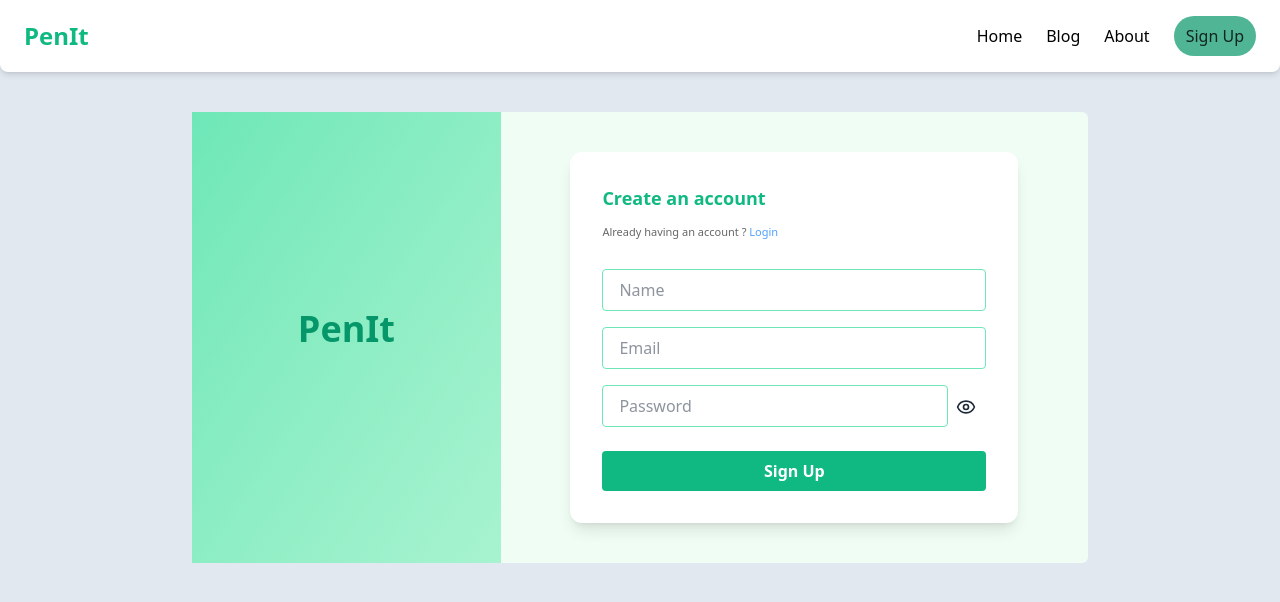
Repository: Mounika-chukkala/PenIt
Page: /signup (app in frontend/)
These files come from the project's save history. The page is drawn as it stood at one moment and after the next save; the edit follows.
The browser window is 1280 px wide. The pictures show the whole page.
The project was rebuilt for these pictures with package versions that can differ from the ones it lists, and the page was loaded fresh each time. Also part of the build but not shown: frontend/vite.config.js, frontend/src/Pages/Signin.jsx, frontend/src/components/CreateBlog.jsx, frontend/src/Pages/AddBlog.jsx.

Above is the page before, as saved 2025-05-23 14:13:58.

After the next save:
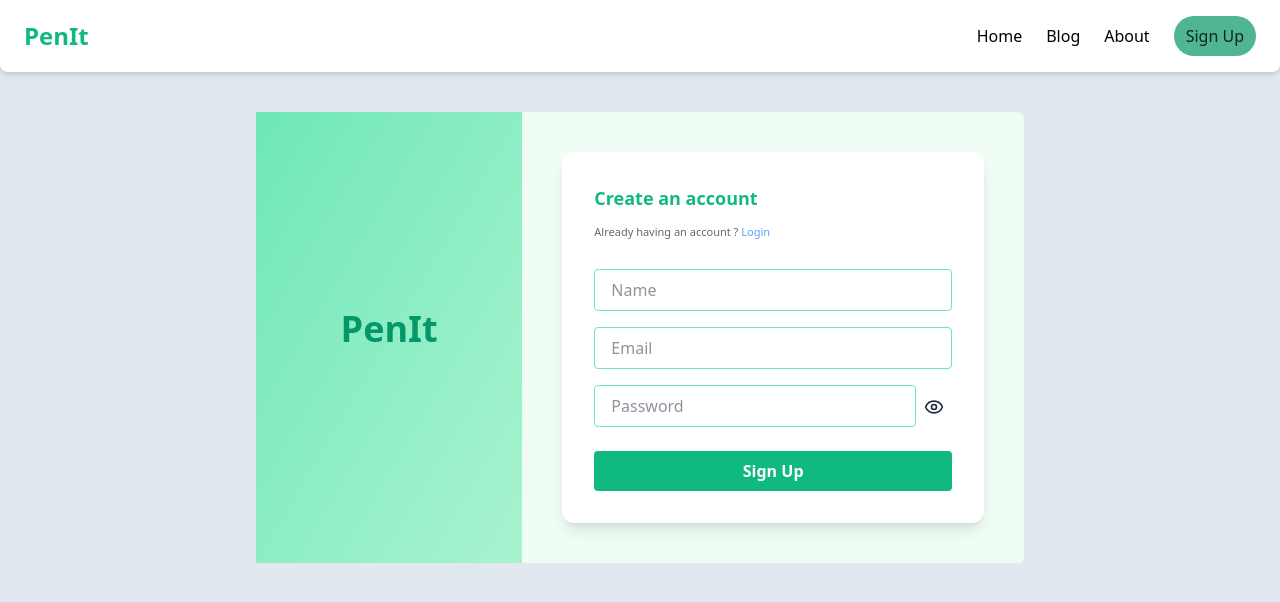
Saved 9 s later.
--- a/frontend/src/Pages/Signup.jsx
+++ b/frontend/src/Pages/Signup.jsx
@@ -33,7 +33,7 @@ alert(res.message)
   }
 
   return (
-        <div className="max-h-screen max-w-[90%] sm:max-w-[70%] rounded-md m-auto mt-10 flex bg-[#F0FDF4] text-[#1E293B]">
+        <div className="max-h-screen max-w-[90%] sm:max-w-[60%] rounded-md m-auto mt-10 flex bg-[#F0FDF4] text-[#1E293B]">
       {/* Left side visual placeholder */}
       <div className="hidden md:flex w-1/2  flex flex-col justify-center items-center p-10 bg-gradient-to-br from-[#6EE7B7] to-[#A7F3D0]">
         <h1 className=" text-4xl font-bold text-[#059669] mb-4">PenIt</h1>
